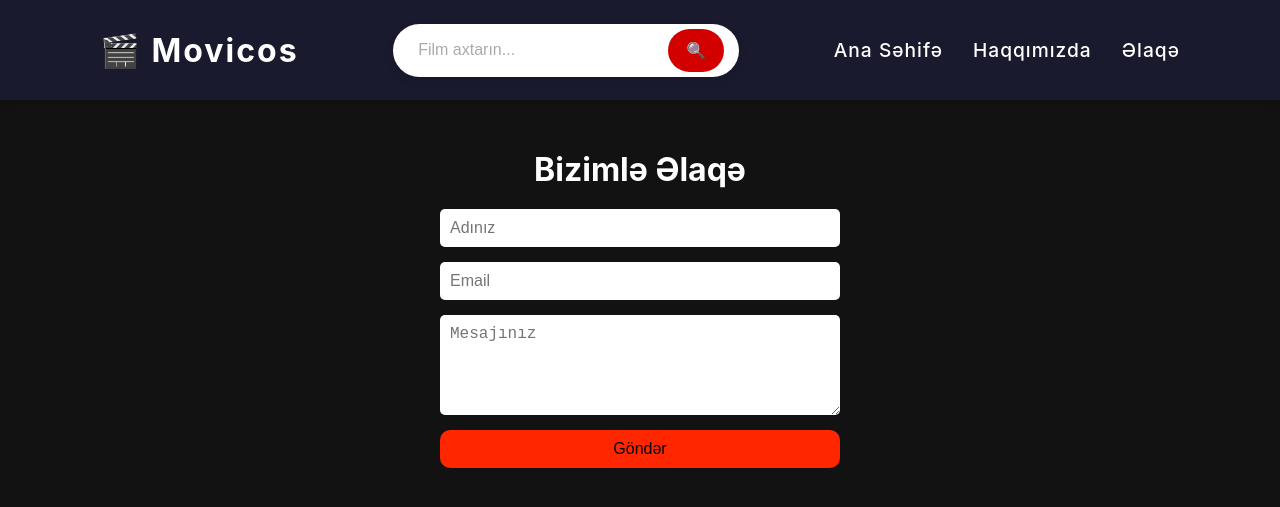
Repository: Zulfiyya077/InternIntelligence_MovieWebsite
Page: /contact
An editor plug-in stored every save of this project. The page is shown before and after a run of saves, followed by the edit.
The browser window is 1280 px wide. The pictures show the whole page.
The project was rebuilt for these pictures with package versions that can differ from the ones it lists, and the page was loaded fresh each time. Also part of the build but not shown: vite.config.js, src/services/MovieService.jsx, src/components/MovieCard.module.css, src/components/MovieCard.jsx, src/pages/Home.module.css, src/pages/Home.jsx, src/pages/MovieDetailsPage.module.css, src/pages/MovieDetailsPage.jsx and 4 more.

Above is the page before, as saved 2025-02-24 02:28:52.

After the next 3 saves:
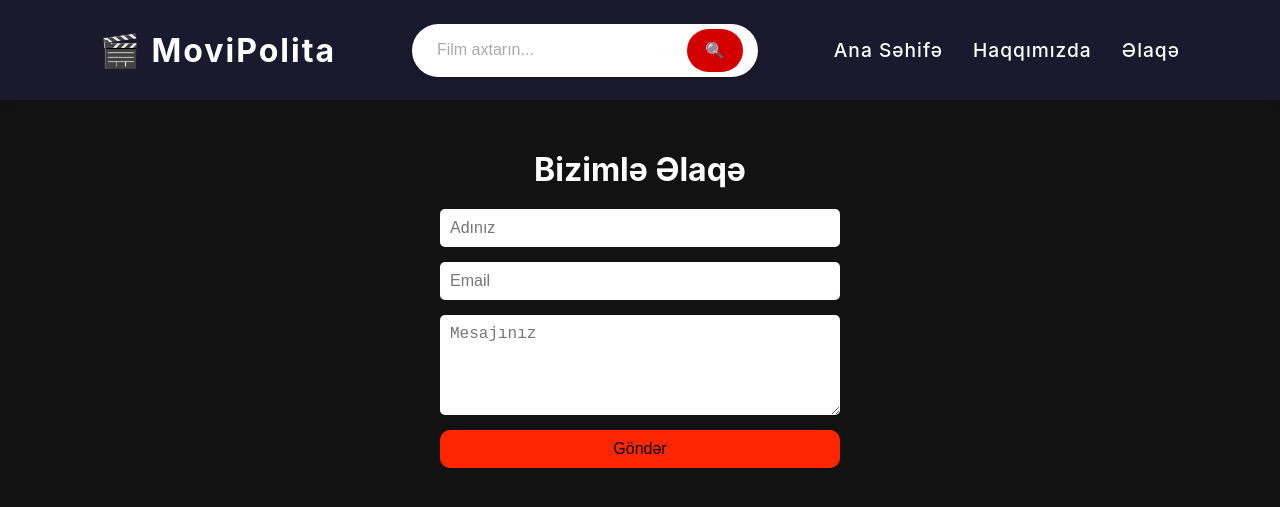
The 3 saves are shown as one change because they came seconds apart.
The last was saved 25 s later.
--- a/src/components/Navbar.jsx
+++ b/src/components/Navbar.jsx
@@ -7,7 +7,7 @@ const Navbar = () => {
     return (
         <nav className={styles.navbar}>
             <div className={styles.logo}>
-                <Link to="/">🎬 Movicos</Link>
+                <Link to="/">🎬 MoviPolita</Link>
             </div>
             <SearchBar />
             <ul className={styles.navLinks}>
